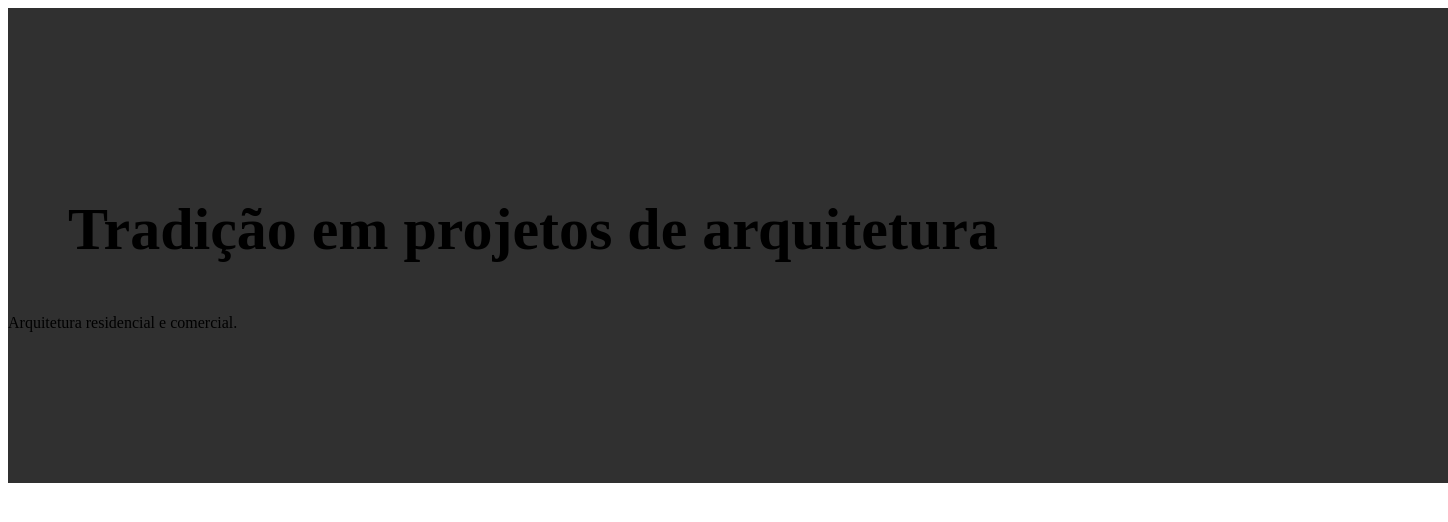
Repository: kleber-goncalves/RID196047_Desafio01
Page: index.html
The author's editor kept a copy of each file at every save. The page is drawn from the files as they stood at one save, then again after a run of saves.
The browser window is 1280 px wide. The page is 1448 px wide, so the pictures cover 1448 px, including what lies to the right of the window. The pictures show the whole page.

Above is the page before, as saved 2024-12-18 16:22:02.

After the next 2 saves:
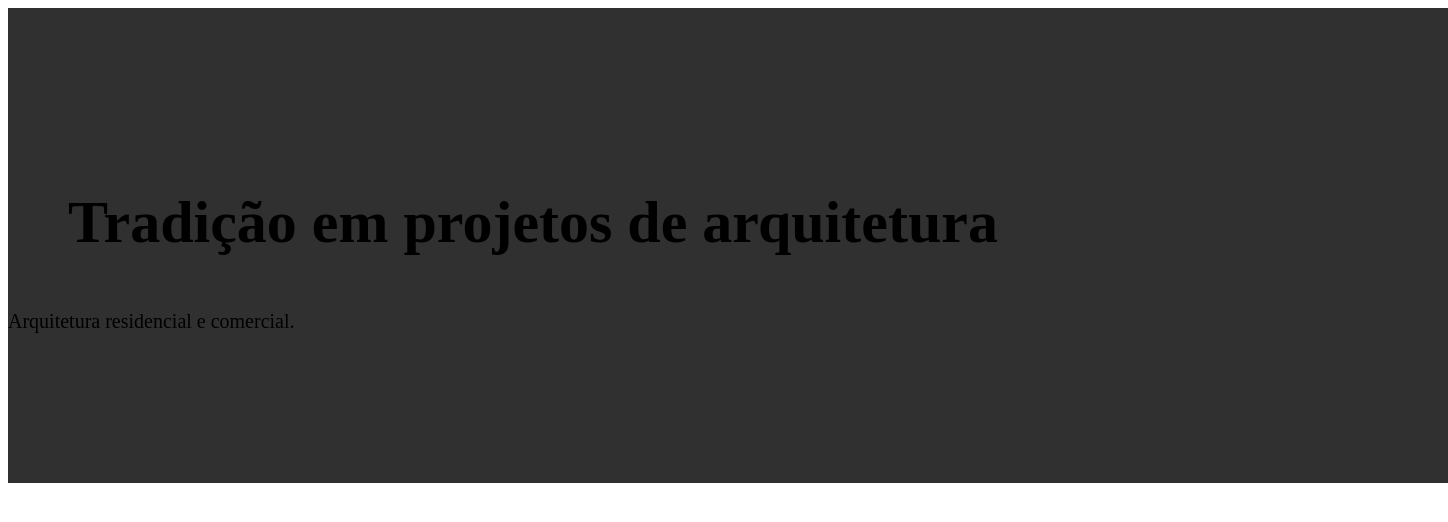
The 2 saves are shown as one change because they came seconds apart.
The last was saved 12 s later.
--- a/index.html
+++ b/index.html
@@ -10,7 +10,7 @@
     <section class="conteiner" id="topo">
       <div>
         <h1 id="txt-topo">Tradição em projetos de arquitetura</h1>
-        <p>Arquitetura residencial e comercial.</p>
+        <p id="sub-topo" >Arquitetura residencial e comercial.</p>
       </div>
     </section>
   </body>
